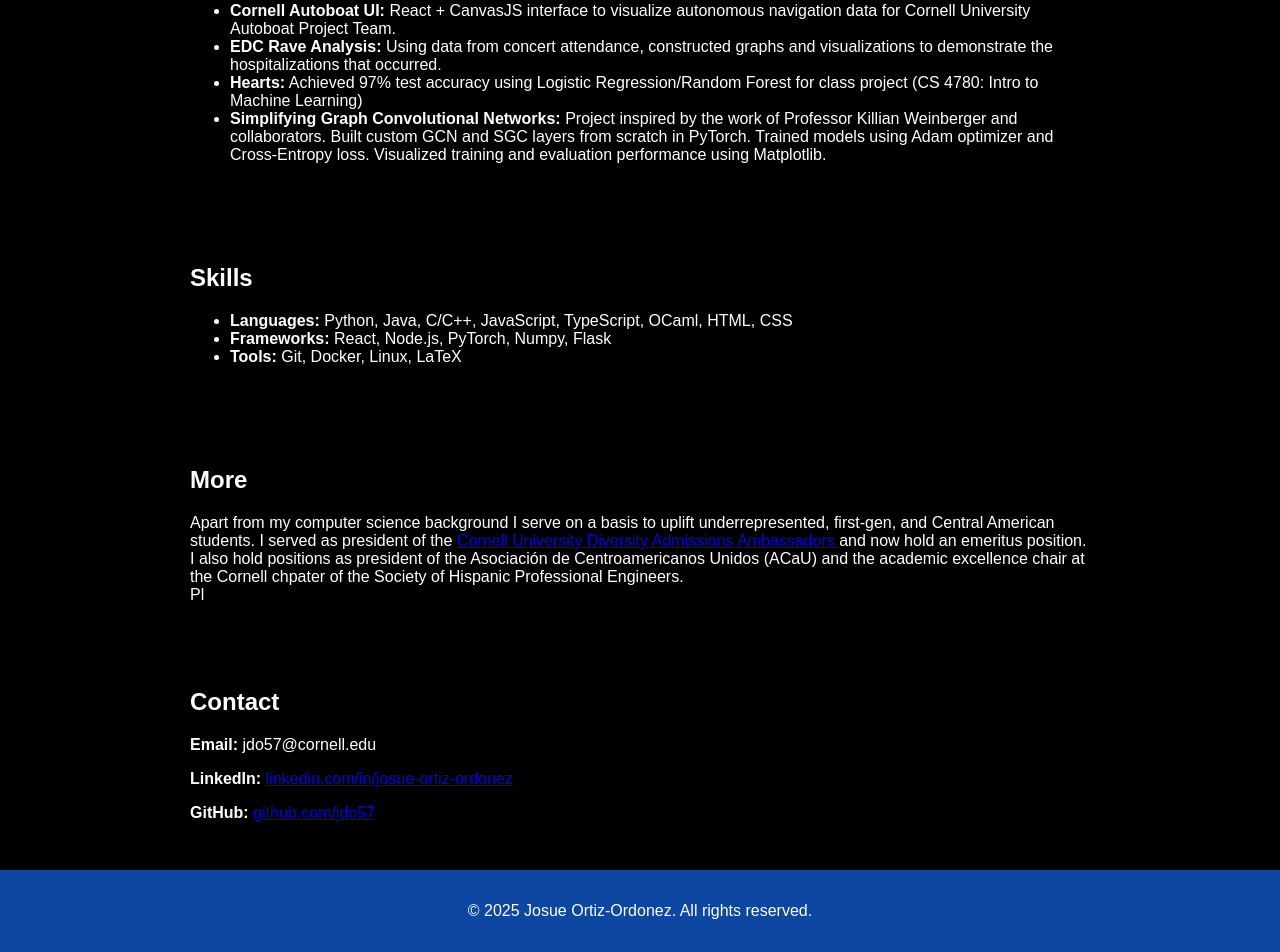
Repository: jdo57/Website
Page: index.html
These files come from the project's save history. The page is drawn as it stood at one moment and after the next save; the edit follows.
The browser window is 1280 px wide. The pictures show the part of the page from y = 1399 to 2351 px (the page is 2351 px tall).
A picture or video elsewhere on the page could not be fetched, so the positions and the page height are approximate.

Above is the page before, as saved 2025-05-26 21:58:42.

### index.html
<!DOCTYPE html>
<html lang="en">
<head>
  <meta charset="UTF-8" />
  <meta name="viewport" content="width=device-width, initial-scale=1.0" />
  <title>Josue Ortiz-Ordonez | Portfolio</title>
  <style>
    :root {
      --primary-color: #0d47a1;
      --background-color: #000000;
      --text-color: #ffffff;
      --accent-color: #1976d2;
    }

    body {
      margin: 0;
      font-family: Arial, sans-serif;
      background-color: var(--background-color);
      color: var(--text-color);
    }

    header {
      background-color: var(--primary-color);
      padding: 2rem;
      text-align: center;
    }

    header h1 {
      margin: 0;
      font-size: 2.5rem;
    }

    nav {
      display: flex;
      justify-content: center;
      background-color: var(--accent-color);
      padding: 0.5rem;
    }

    nav a {
      margin: 0 1rem;
      color: white;
      text-decoration: none;
      font-weight: bold;
    }

    nav a:hover {
      text-decoration: underline;
    }

    section {
      padding: 2rem;
      max-width: 900px;
      margin: auto;
    }

    footer {
      background-color: var(--primary-color);
      color: white;
      text-align: center;
      padding: 1rem;
      position: relative;
    }

  </style>
</head>
<body>
  <header>
    <h1>Josue Ortiz-Ordonez</h1>
    <p>Software/Machine Learning Engineer</p>
  </header>

  <nav>
    <a href="#about">About</a>
    <a href="#projects">Projects</a>
    <a href="#skills">Skills</a>
    <a href="#contact">Contact</a>
    <a href="#more">More</a>
  </nav>

  <section id="about" style="display: flex; flex-wrap: wrap; gap: 2rem; align-items: center; justify-content: center; padding: 3rem 1rem; background-color: #000;">
    <!-- Profile Image + Icons -->
    <div style="text-align: center;">
      <img src="./images/me.jpeg" alt="Josue Ortiz-Ordonez" style="width: 200px; border-radius: 50%; border: 3px solid #1976d2;" />
      <div style="margin-top: 1rem;">
        <a href="mailto:jdo57@cornell.edu" target="_blank" style="margin: 0 10px;">
          <img src="https://img.icons8.com/ios-filled/30/ffffff/new-post.png" alt="Email"/>
        </a>
        <a href="https://www.linkedin.com/in/josue-ortiz-ordonez" target="_blank" style="margin: 0 10px;">
          <img src="https://img.icons8.com/ios-filled/30/ffffff/linkedin.png" alt="LinkedIn"/>
        </a>
        <a href="https://github.com/jdo57" target="_blank" style="margin: 0 10px;">
          <img src="https://img.icons8.com/ios-filled/30/ffffff/github.png" alt="GitHub"/>
        </a>
      </div>
    </div>

    <!-- About Text -->
    <div style="max-width: 500px;">
      <h2>About Me</h2>
      <p>
        My name is Josue Ortiz-Ordonez and I am currently a student at Cornell University within
        the College of Engineering. I am a computer science major with potential minors in operations
        research in engineering (ORIE) and Latino Studies!
      </p>
    </div>
  </section>


  <section id="projects">
    <h2>Projects</h2>
    <h3> All Projects can be found on my Github in "Contact" section. </h3>
    <ul>
      <li><strong>Cornell Autoboat UI:</strong> React + CanvasJS interface to visualize autonomous navigation data for Cornell University Autoboat Project Team.</li>
      <li><strong>EDC Rave Analysis:</strong>  Using data from concert attendance, constructed graphs and visualizations to demonstrate the hospitalizations that occurred.</li>
      <li><strong>Hearts:</strong> Achieved 97% test accuracy using Logistic Regression/Random Forest for
      class project (CS 4780: Intro to Machine Learning)</li>
      <li> <strong> Simplifying Graph Convolutional Networks:</strong>
        Project inspired by the work of Professor Killian Weinberger and collaborators.
        Built custom GCN and SGC layers from scratch in PyTorch. Trained models using Adam optimizer and Cross-Entropy loss.
        Visualized training and evaluation performance using Matplotlib.
      </li>

    </ul>
  </section>

  <section id="skills">
    <h2>Skills</h2>
    <ul>
      <li><strong> Languages:</strong> Python, Java, C/C++, JavaScript, TypeScript, OCaml, HTML, CSS </li>
      <li><strong>Frameworks:</strong> React, Node.js, PyTorch, Numpy, Flask</li>
      <li><strong>Tools:</strong> Git, Docker, Linux, LaTeX</li>
    </ul>
  </section>

  <section id ="more">
    <h2> More</h2>

    Apart from my computer science background I serve on a basis to uplift underrepresented, first-gen,
    and Central American students. I served as president of the <a href="https://cornelldaa.wixsite.com/cudaa" target="_blank"> Cornell University Diversity
      Admissions Ambassadors </a> and now hold an emeritus position. I also hold positions as president of the
      Asociación de Centroamericanos Unidos (ACaU) and the academic excellence chair at the Cornell chpater of the
      Society of Hispanic Professional Engineers.

      <br />

      Pl


  </section>

  <section id="contact">
    <h2>Contact</h2>
    <p><strong> Email:</strong> jdo57@cornell.edu</p>
    <p><strong> LinkedIn:</strong> <a href="https://www.linkedin.com/in/josue-ortiz-ordonez/" target="_blank">linkedin.com/in/josue-ortiz-ordonez</a></p>
    <p><strong>GitHub:</strong> <a href="https://github.com/jdo57" target="_blank">github.com/jdo57</a></p>
  </section>


  <footer>
    <p>&copy; 2025 Josue Ortiz-Ordonez. All rights reserved.</p>
  </footer>
</body>
</html>

After the next save:
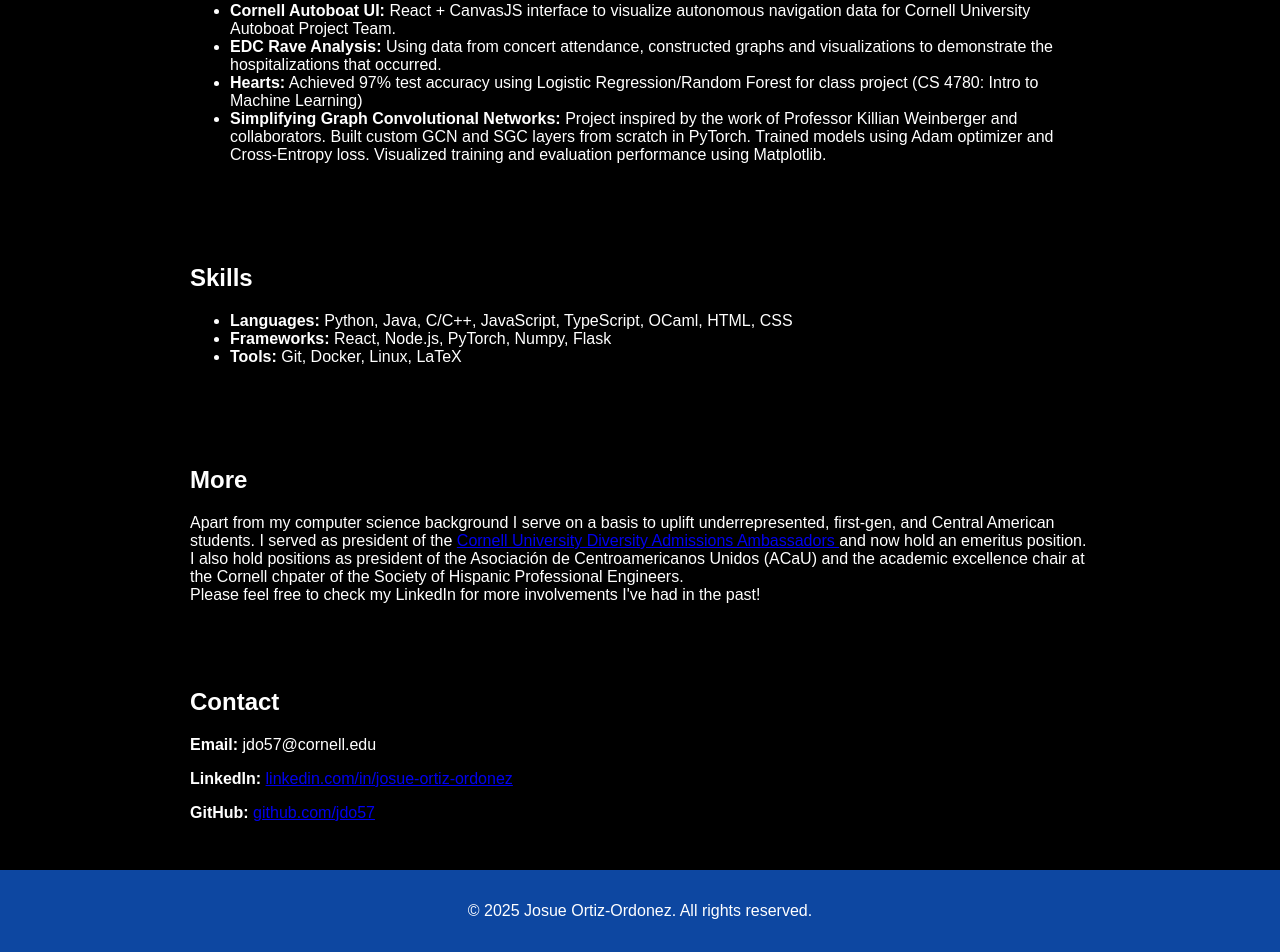
Saved 21 s later.
--- a/index.html
+++ b/index.html
@@ -144,7 +144,7 @@
 
       <br />
 
-      Pl
+      Please feel free to check my LinkedIn for more involvements I've had in the past!
 
 
   </section>
